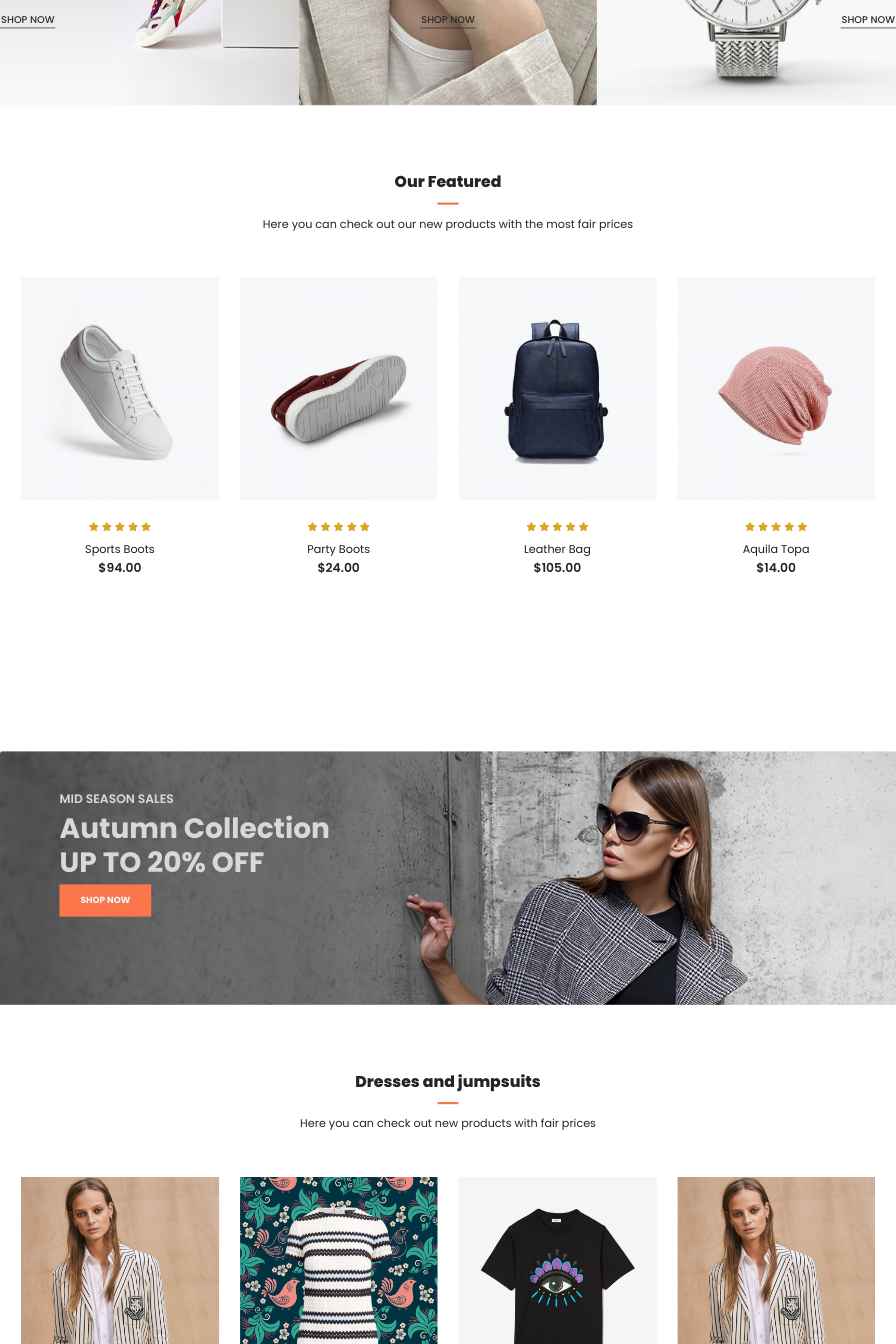
Repository: peter417waweru/e-commerce-UI
Page: index.html
The author's editor kept a copy of each file at every save. The page is drawn from the files as they stood at one save, then again after the next save.
The browser window is 1280 px wide. The pictures show the part of the page from y = 1179 to 3099 px (the page is 5414 px tall before and 5374 px after), at 70% of full size.
Backgrounds fixed to the window are drawn as part of the page. Some web libraries are served in a nearby version.

Above is the page before, as saved 2025-02-08 16:31:15.

After the next save:
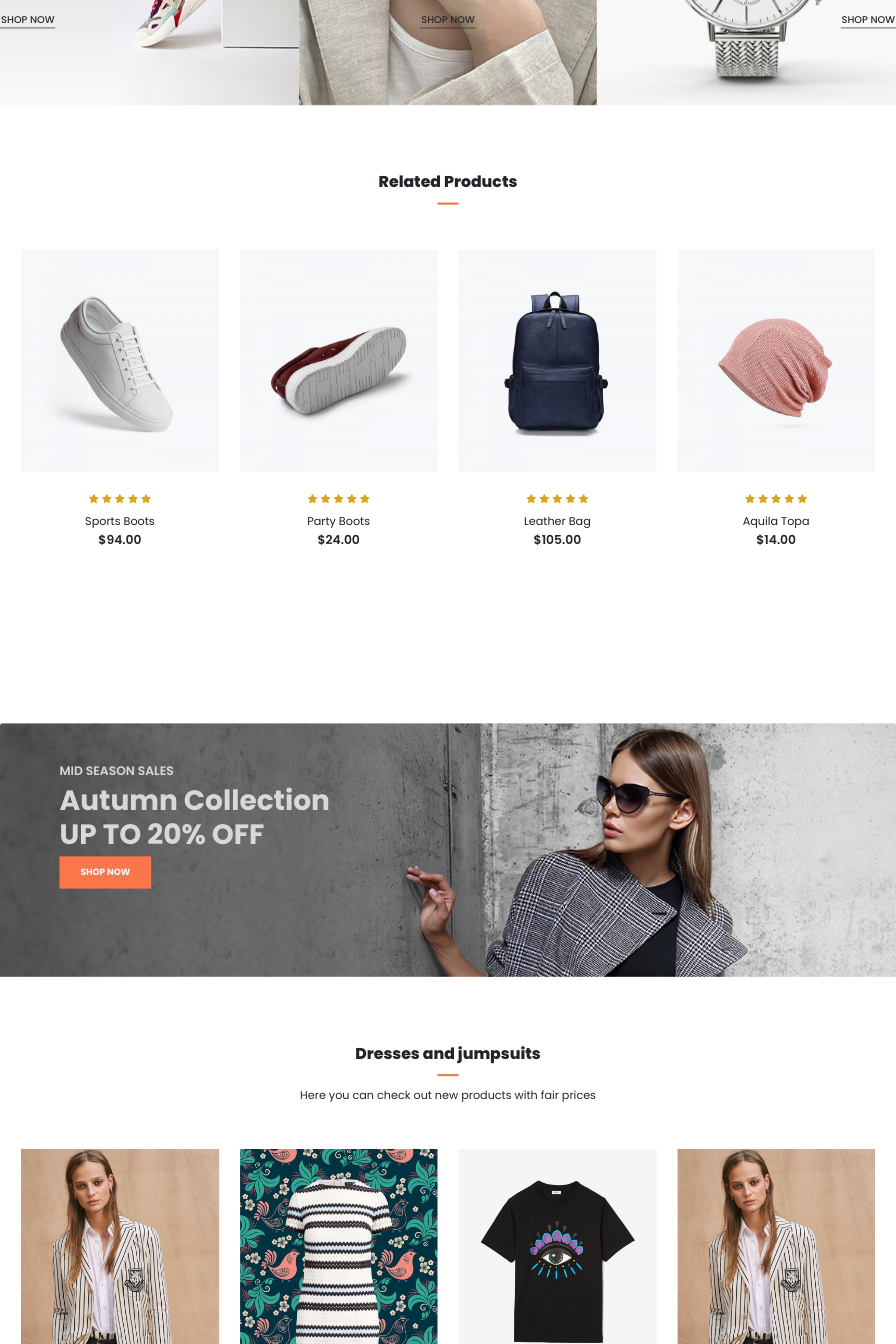
Saved 116 s later.
--- a/index.html
+++ b/index.html
@@ -104,12 +104,11 @@
 
         <section id="featured" class="my-5 pb-5">
           <div class="container text-center mt-5 py-5">
-            <h3>Our Featured</h3>
+            <h3>Related Products</h3>
             <hr class="mx-auto">
-            <p>Here you can check out our new products with the most fair prices</p>
           </div>
           <div class="row mx-auto container-fluid">
-            <div onclick="window.location.href='sproduct.html' " class="product text-center col-lg-3 col-md-4 col-12">
+            <div class="product text-center col-lg-3 col-md-4 col-12">
               <img class="img-fluid mb-3" src="img/featured/1.jpg" alt="">
               <div class="star">
                 <i class="fas fa-star"></i>
@@ -162,7 +161,7 @@
               <button class="buy-btn">Buy Now</button>
             </div>
           </div>
-        </section>
+      </section>
 
         <section id="banner" class="my-5 py-3">
           <div class="container">
